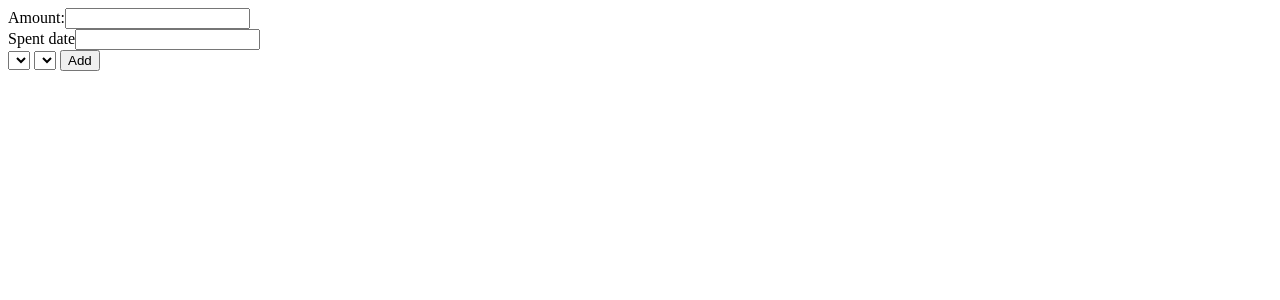
Repository: localghost/budget
Page: src/bills/templates/bills/index.html
The author's editor kept a copy of each file at every save. The page is drawn from the files as they stood at one save, then again after the next save.
The browser window is 1280 px wide. The pictures show the whole page.

Above is the page before, as saved 2016-01-01 20:48:38.

### src/bills/templates/bills/index.html
<form name="bill" id="bill" method="post">
    <div><span>Amount:</span><input type="text" name="amount"></div>
    <div><span>Spent date</span><input type="datetime" name="spent"></div>
    <select name="payment_method"></select>
    <select name="category"></select>
    <input type="button" value="Add">
</form>

After the next save:
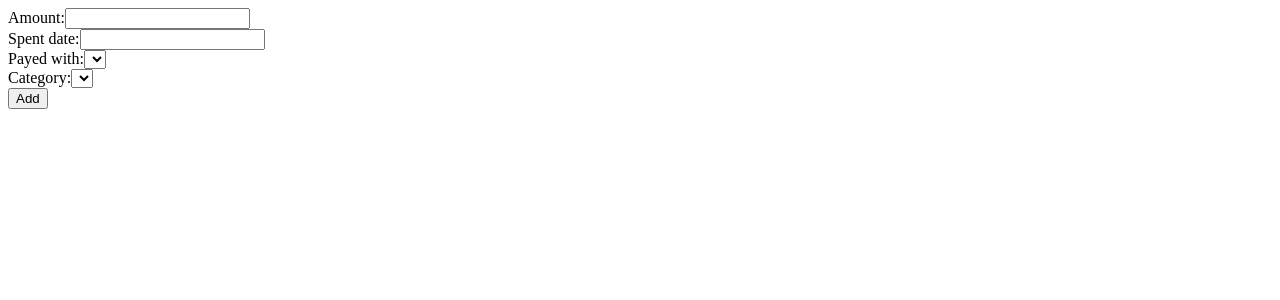
Saved 45 s later.
--- a/src/bills/templates/bills/index.html
+++ b/src/bills/templates/bills/index.html
@@ -1,7 +1,7 @@
 <form name="bill" id="bill" method="post">
     <div><span>Amount:</span><input type="text" name="amount"></div>
-    <div><span>Spent date</span><input type="datetime" name="spent"></div>
-    <select name="payment_method"></select>
-    <select name="category"></select>
-    <input type="button" value="Add">
+    <div><span>Spent date:</span><input type="datetime" name="spent"></div>
+    <div><span>Payed with:</span><select name="payment_method"></select></div>
+    <div><span>Category:</span><select name="category"></select></div>
+    <div><input type="button" value="Add"></div>
 </form>
